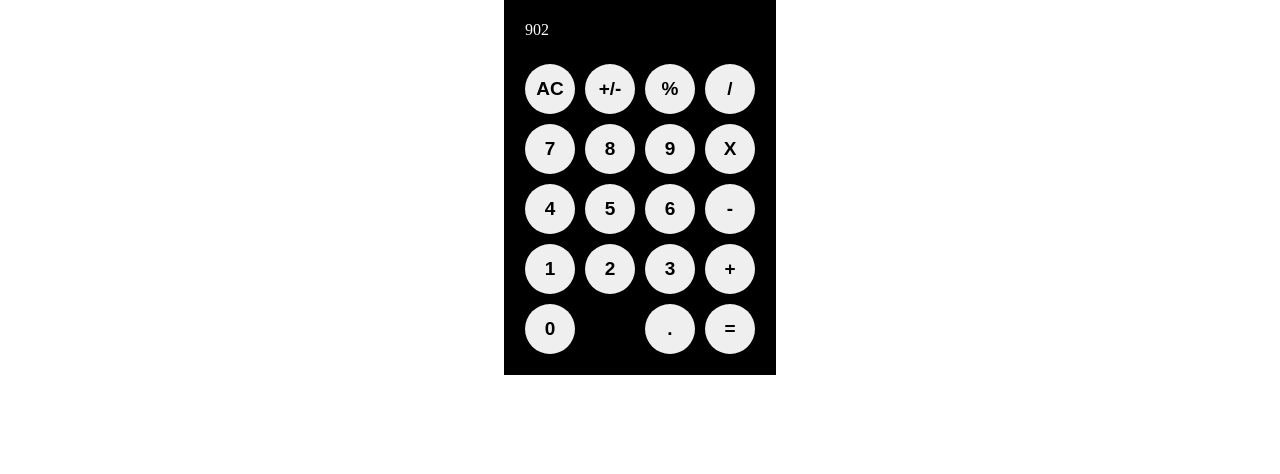
Repository: dmpelaez/calculator
Page: Calculator.html
An editor plug-in stored every save of this project. The page is shown before and after the next save, followed by the edit.
The browser window is 1280 px wide. The pictures show the whole page.

Above is the page before, as saved 2025-12-15 20:00:05.

After the next save:
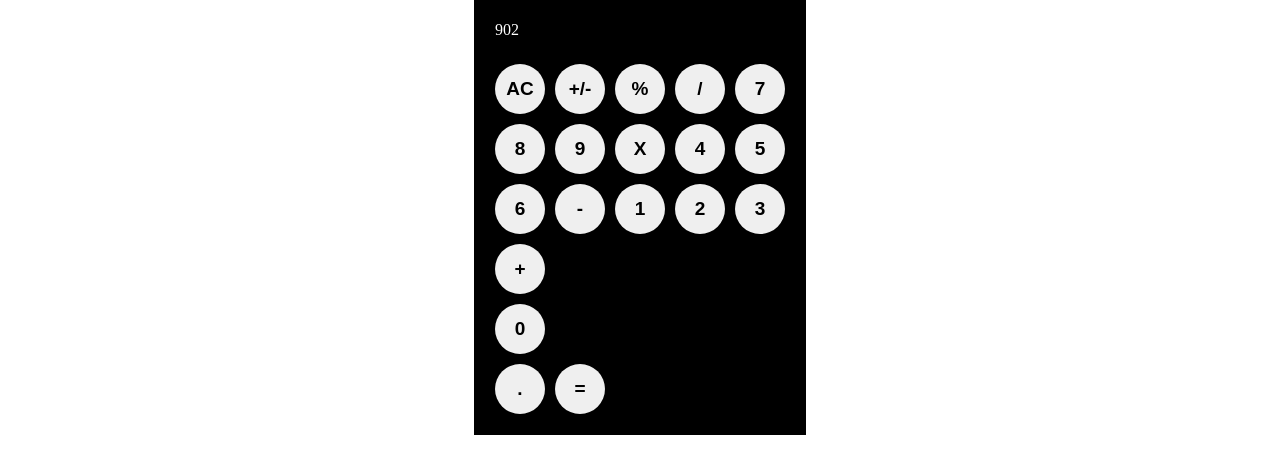
Saved 26 s later.
--- a/Calculator.css
+++ b/Calculator.css
@@ -37,5 +37,5 @@
   Font-size: 19px;
 }
 .zero {
-  grid-column: 1 / 2 span;
+  grid-column: 1 / stretch;
 }

After the save that followed:
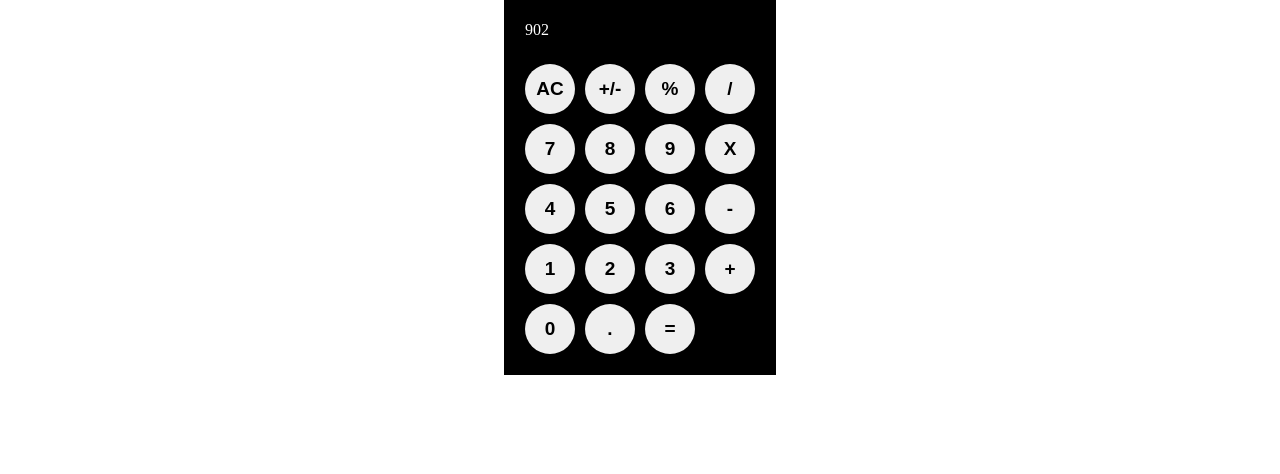
Saved 8 s later.
--- a/Calculator.css
+++ b/Calculator.css
@@ -37,5 +37,5 @@
   Font-size: 19px;
 }
 .zero {
-  grid-column: 1 / stretch;
+  grid-column: 1
 }
